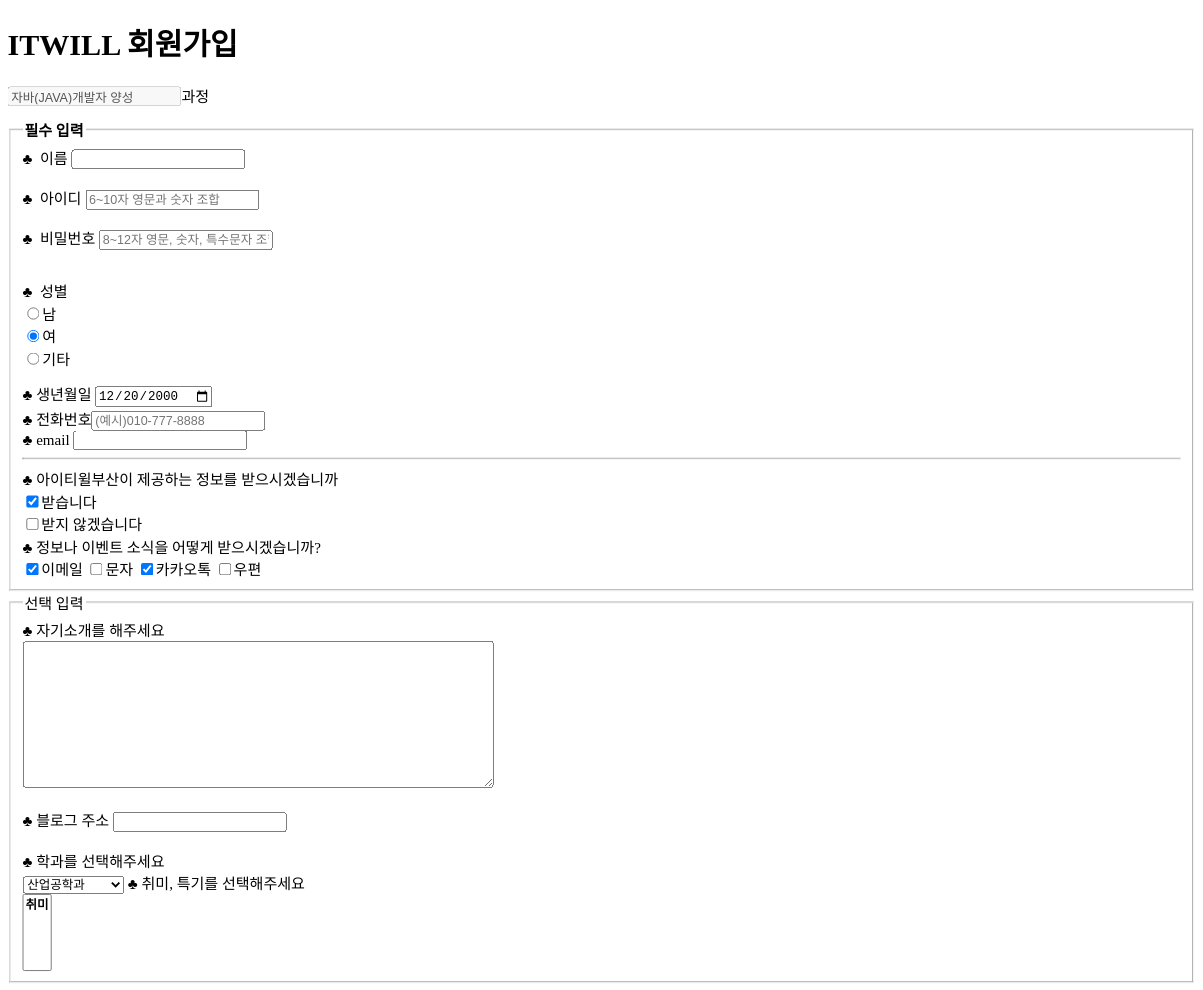
Repository: ReadStar/Web
Page: Html/html5/WebContent/form-test.html
An editor plug-in stored every save of this project. The page is shown before and after the next save, followed by the edit.
The browser window is 1280 px wide. The pictures show the whole page, at 94% of full size.

Above is the page before, as saved 2020-08-13 12:01:01.

### Html/html5/WebContent/form-test.html
<!DOCTYPE html>
<html>
<head>
<meta charset="UTF-8">
<title>Insert title here</title>
</head>
<body>
<h1>ITWILL 회원가입</h1>
<input type ="text" disabled="disabled" value = "자바(JAVA)개발자 양성">과정<pre></pre>
<fieldset>
<legend><b>필수 입력</b></legend>
<b>♣</b> &nbsp;이름 <input type="text"><br><br>
<b>♣</b> &nbsp;아이디 <input type="text" placeholder="6~10자 영문과 숫자 조합"><br><br>
<b>♣</b> &nbsp;비밀번호 <input type="text" placeholder="8~12자 영문, 숫자, 특수문자 조합"><br><br>
<pre></pre>
<b>♣</b>&nbsp; 성별<br>
<input type="radio" name = "gender">남<br>
<input type="radio" name = "gender" checked="checked">여<br>
<input type="radio" name = "gender">기타<br>
<pre></pre>
<b>♣</b>&nbsp;생년월일&nbsp;<input type="date" value="2000-12-20" ><br>
<b>♣</b>&nbsp;전화번호<input type="tel" placeholder="(예시)010-777-8888"><br>
<b>♣</b>&nbsp;email&nbsp;<input type="email"><br>
<hr></hr>
<b>♣</b>&nbsp;아이티윌부산이 제공하는 정보를 받으시겠습니까<br>
<input type="checkbox" name="box" checked="checked">받습니다<br>
<input type="checkbox" name="box">받지 않겠습니다<br>
<b>♣</b>&nbsp;정보나 이벤트 소식을 어떻게 받으시겠습니까?<br>
<input type="checkbox" name="box2" checked="checked">이메일
<input type="checkbox" name="box2">문자
<input type="checkbox" name="box2" checked="checked">카카오톡
<input type="checkbox" name="box2">우편
</fieldset>

<fieldset>
<legend>선택 입력</legend>
<b>♣</b>&nbsp;자기소개를 해주세요<br>
<textarea cols="60" rows="10"></textarea><br><br>
<b>♣</b>&nbsp;블로그 주소 <input type="url"><br><br>
<b>♣</b>&nbsp;학과를 선택해주세요<br>
<select>
<option>컴퓨터공학과</option>
<option selected="selected">산업공학과</option>
<option>기계공학과</option>
<option>화학공학과</option>
<option>전기전자공학과</option>
<option>건축공학과</option>
</select>
<b>♣</b>&nbsp;취미, 특기를 선택해주세요<br>
<select size="4">
<optgroup label="취미">

</optgroup>
</select>



</fieldset>
</body>
</html>

After the next save:
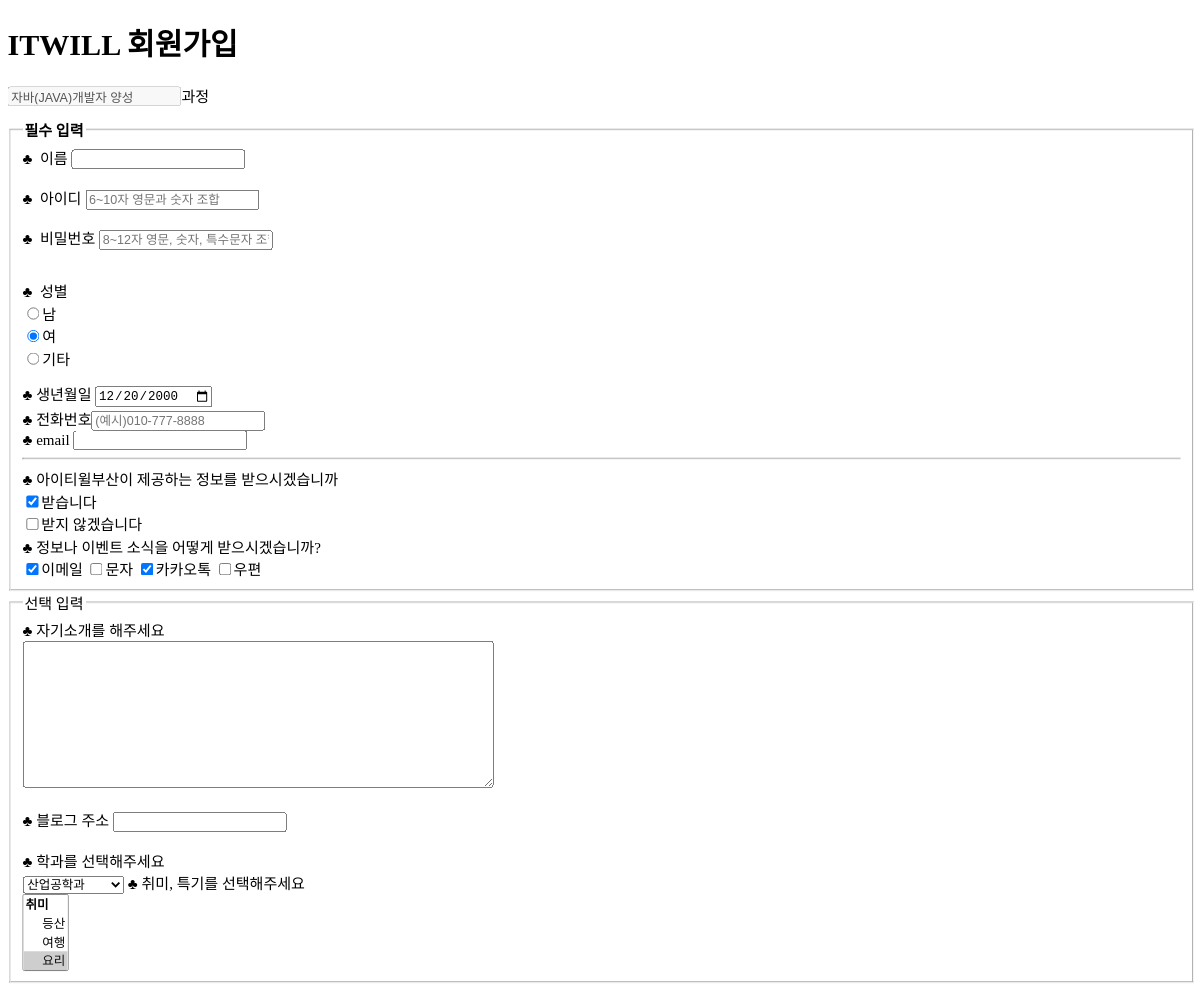
Saved 54 s later.
--- a/Html/html5/WebContent/form-test.html
+++ b/Html/html5/WebContent/form-test.html
@@ -49,7 +49,10 @@
 <b>♣</b>&nbsp;취미, 특기를 선택해주세요<br>
 <select size="4">
 <optgroup label="취미">
-
+<option>등산</option>
+<option>여행</option>
+<option selected="selected">요리</option>
+<option>게임</option>
 </optgroup>
 </select>
 
